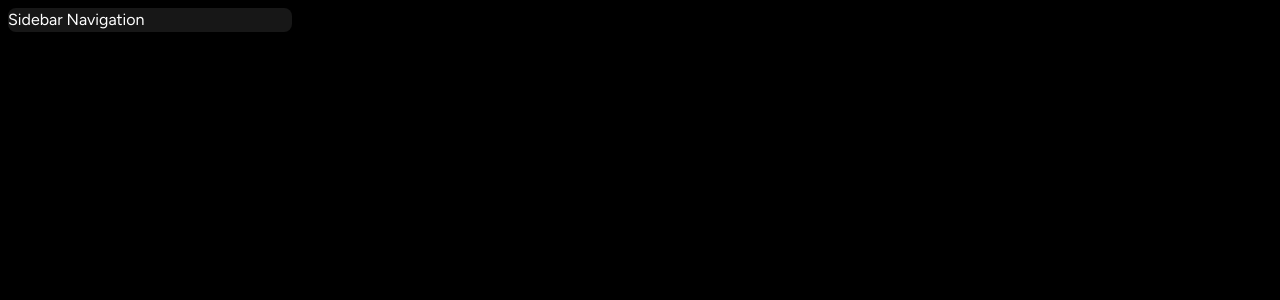
Repository: zecht12/ZechtCrowd
Page: /
An editor plug-in stored every save of this project. The page is shown before and after the next save, followed by the edit.
The browser window is 1280 px wide. The pictures show the whole page.
The project was rebuilt for these pictures with package versions that can differ from the ones it lists, and the page was loaded fresh each time. The framework's server and built-in components were replaced by stand-ins that run in the browser. Also part of the build but not shown: next.config.js.

Above is the page before, as saved 2023-06-20 22:35:23.

After the next save:
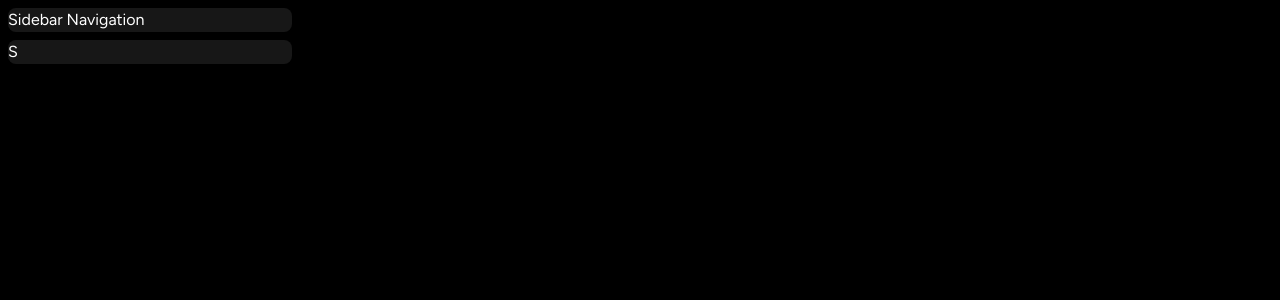
Saved 5 s later.
--- a/components/Sidebar.tsx
+++ b/components/Sidebar.tsx
@@ -34,7 +34,7 @@ const Sidebar: React.FC<SidebarProps> = ({children}) => {
                     Sidebar Navigation
                 </Box>
                 <Box>
-
+                    S
                 </Box>
             </div>
         </div>
